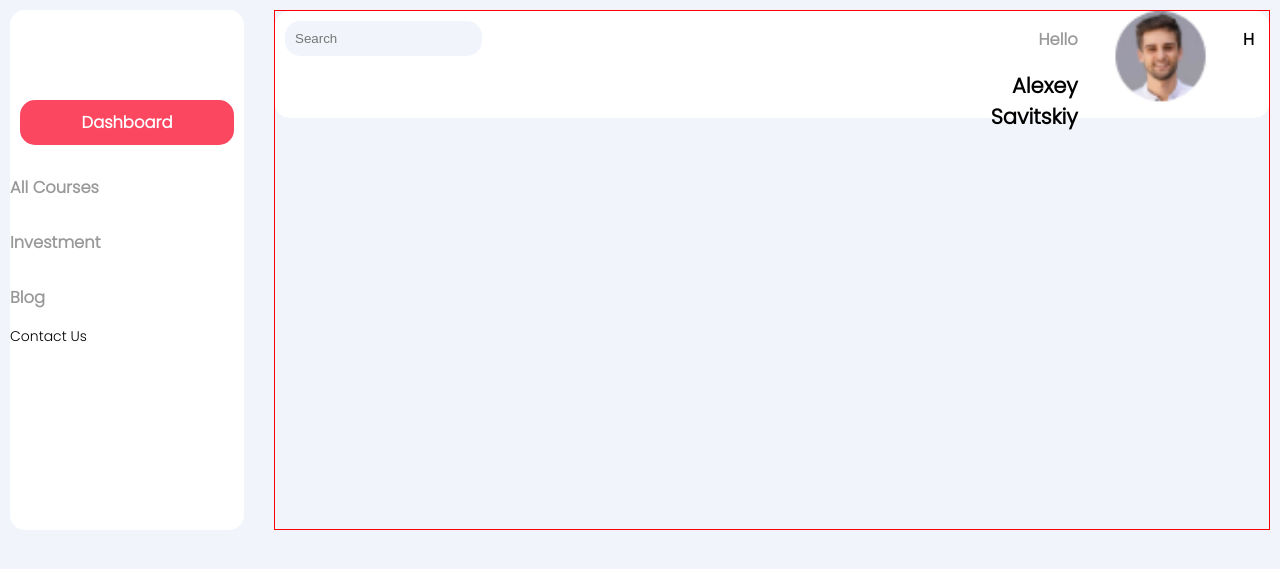
Repository: Anuruddha00/dashboard-design
Page: /
The author's editor kept a copy of each file at every save. The page is drawn from the files as they stood at one save, then again after the next save.
The browser window is 1280 px wide. The pictures show the whole page.
The project was rebuilt for these pictures with package versions that can differ from the ones it lists, and the page was loaded fresh each time.

Above is the page before, as saved 2021-05-07 00:59:47.

After the next save:
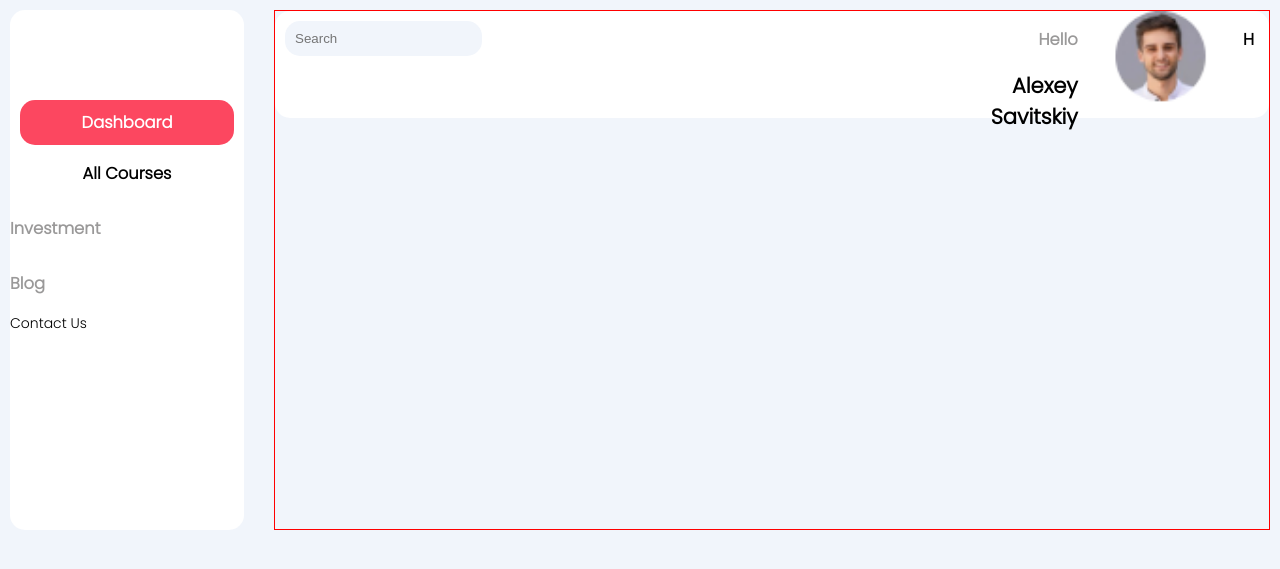
Saved 60 s later.
--- a/src/containers/Dashboard/Dashboard.js
+++ b/src/containers/Dashboard/Dashboard.js
@@ -9,7 +9,7 @@ const dashboard = () =>{
                 <div className='dashboardSideBar'>
                    <div className='dashboardSideBarTitle'>
                         <h3 className='dashboardSideBarTitleDashboard'>Dashboard</h3>
-                        <h3 className='dashboardSideBarTitleOthers'>All Courses</h3>
+                        <h3 className='dashboardSideBarTitleCourses'>All Courses</h3>
                         <h3 className='dashboardSideBarTitleOthers'>Investment</h3>
                         <h3 className='dashboardSideBarTitleOthers'>Blog</h3>
                    </div>
--- a/src/containers/Dashboard/Dashboard.scss
+++ b/src/containers/Dashboard/Dashboard.scss
@@ -37,6 +37,9 @@ body{
                     margin: 10px 10px 10px 10px;
                     color: #ffffff;
 
+                }
+                &Courses{
+                    text-align: center;
                 }
                 &Others{
 
